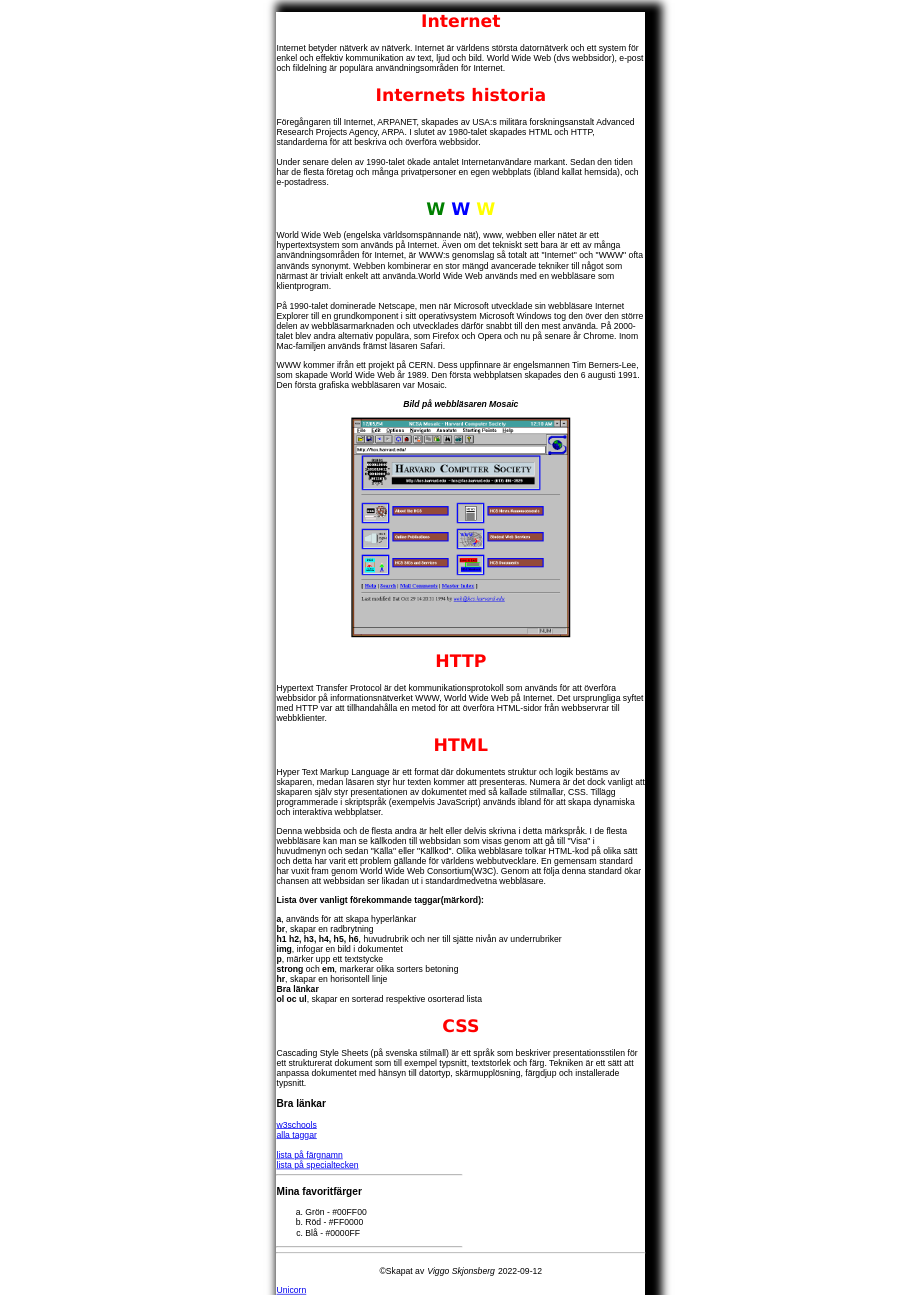
Repository: ViggoSkj/VGY
Page: ovningar/ovning2/ovning2.html
An editor plug-in stored every save of this project. The page is shown before and after the next save, followed by the edit.
The browser window is 1280 px wide. The pictures show the whole page, at 72% of full size.

Above is the page before, as saved 2022-11-27 11:33:26.

After the next save:
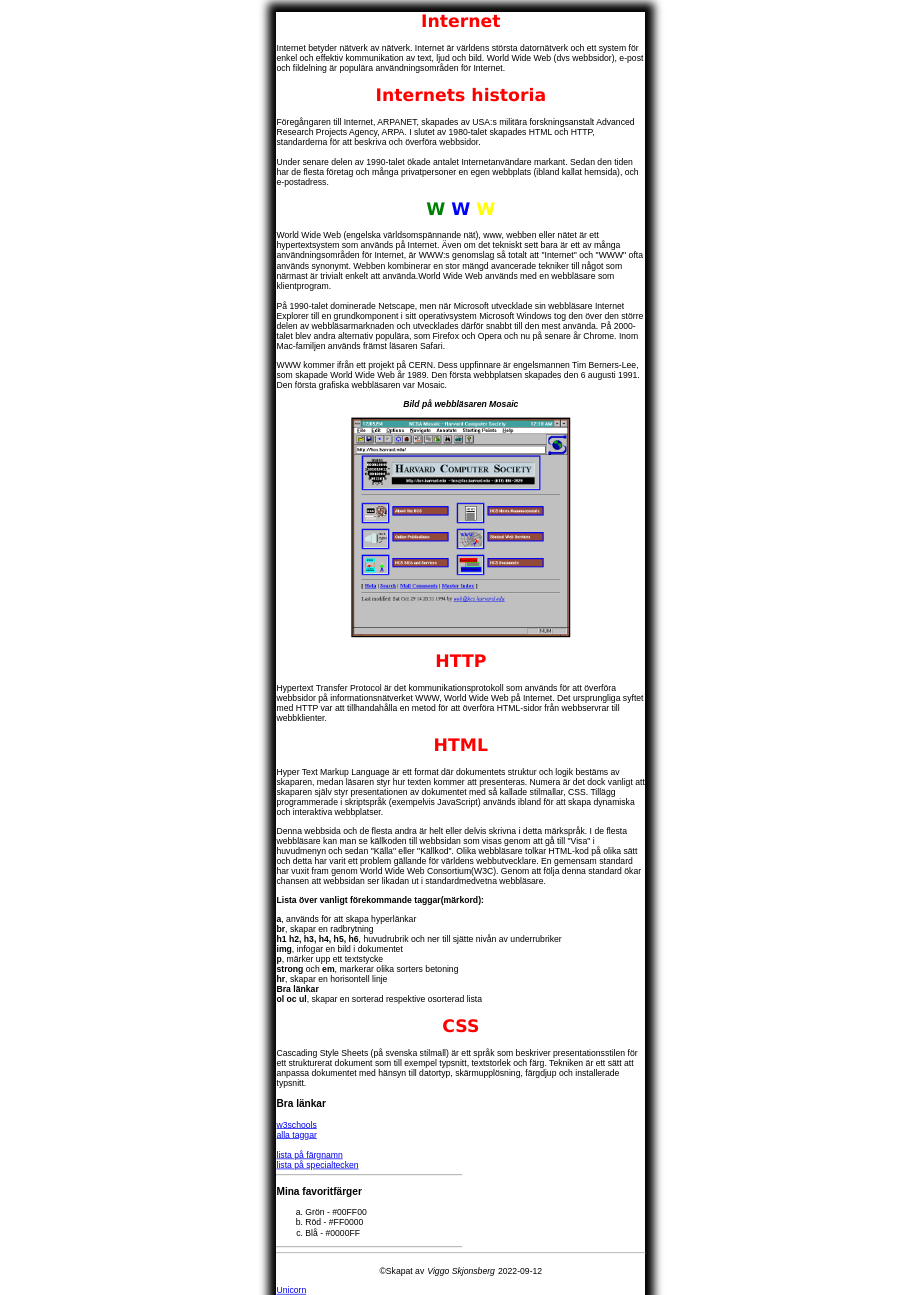
Saved 4 s later.
--- a/ovningar/ovning2/public/css/style.css
+++ b/ovningar/ovning2/public/css/style.css
@@ -4,7 +4,7 @@ body.ovning-2
     margin: auto;
     font-size: 12px;
     font-family: Arial, Helvetica, sans-serif;
-    box-shadow: black 1em 0em 1em 1em;
+    box-shadow: black 0em 0em 1em 1em;
 }
 
 body.ovning-2 h1
